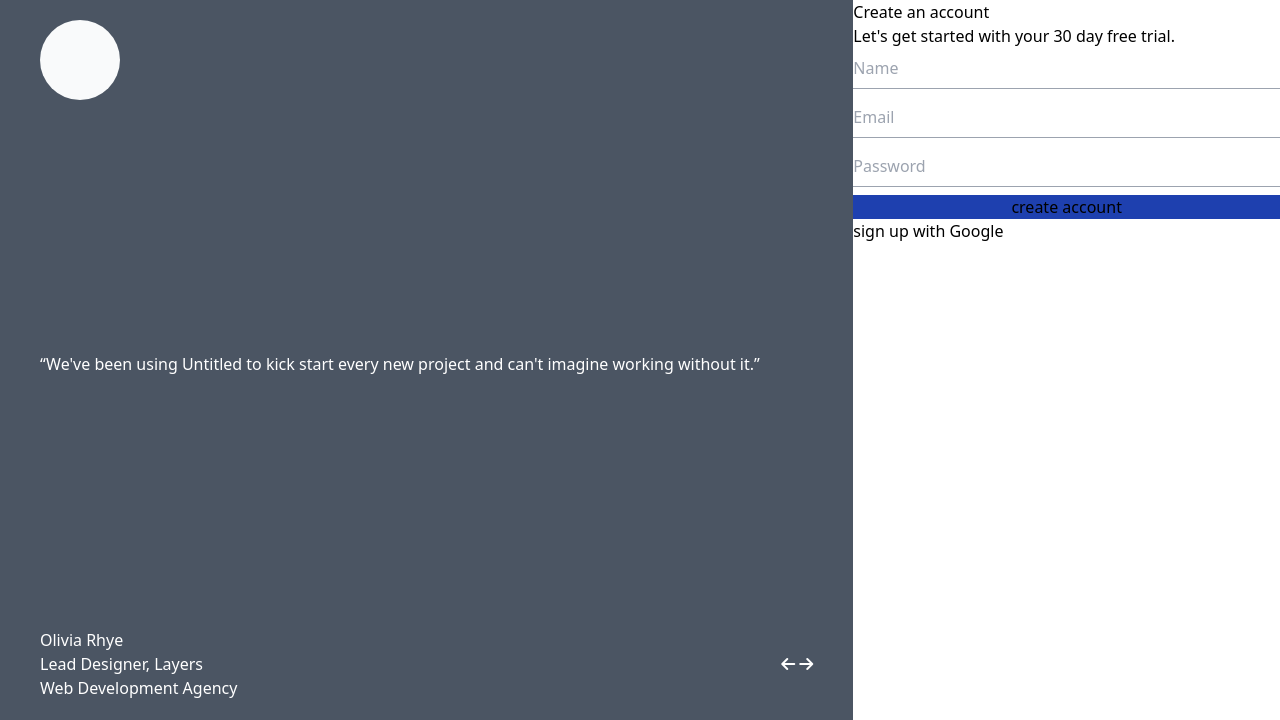
Repository: debthebuilder/youtube-html-contact-form-tailwindcss
Page: contact.html
These files come from the project's save history. The page is drawn as it stood at one moment and after the next save; the edit follows.
The browser window is 1280 px wide. The pictures show the whole page.
Some web libraries are served in a nearby version.

Above is the page before, as saved 2022-08-03 05:45:04.

After the next save:
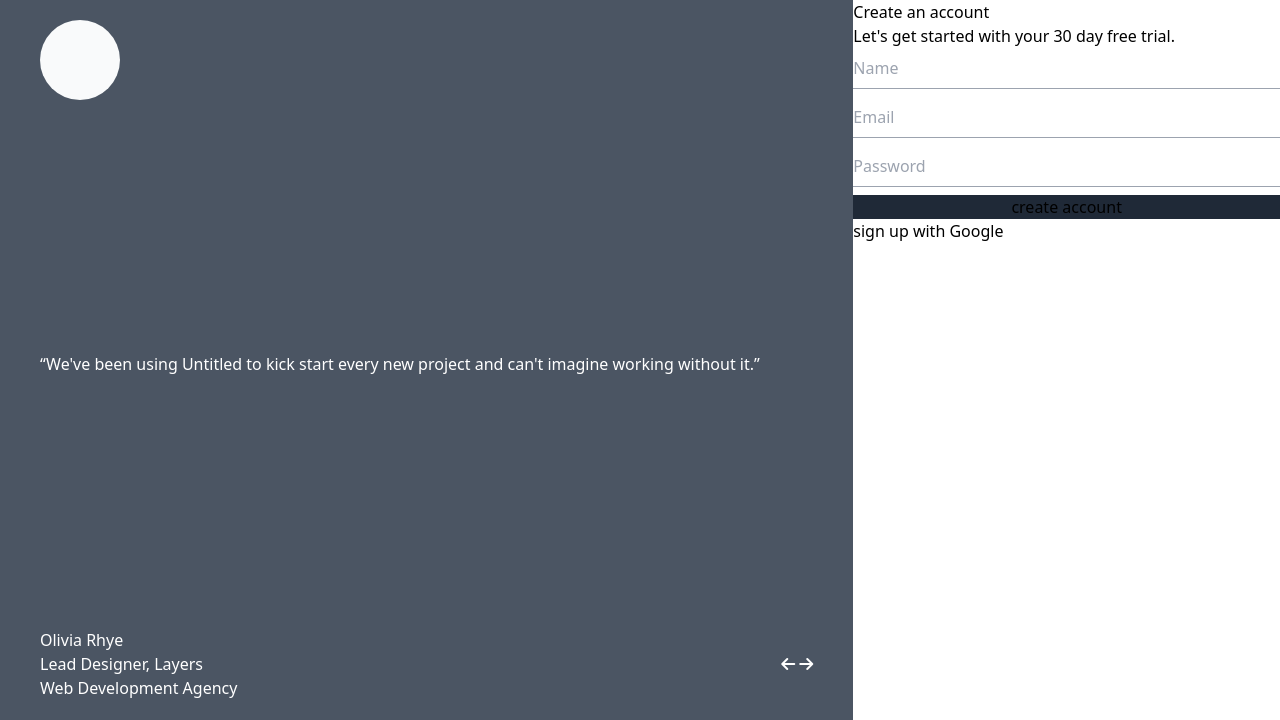
Saved 8 s later.
--- a/contact.html
+++ b/contact.html
@@ -40,7 +40,7 @@
                 <input type="text" name="name" placeholder="Name" class="w-full border-b border-gray-400 pb-2 focus:outline-none focus:border-0 focus:border-b-2 my-2">
                 <input type="email" name="email" placeholder="Email" class="w-full border-b border-gray-400 pb-2 focus:outline-none focus:border-0 focus:border-b-2 my-2">
                 <input type="password" name="password" placeholder="Password" class="w-full border-b border-gray-400 pb-2 focus:outline-none focus:border-0 focus:border-b-2 my-2">
-                <button class="block bg-blue-800 w-full">create account</button>
+                <button class="block bg-gray-800 w-full">create account</button>
                 <button>sign up with Google</button>
             </form>
         </div>
